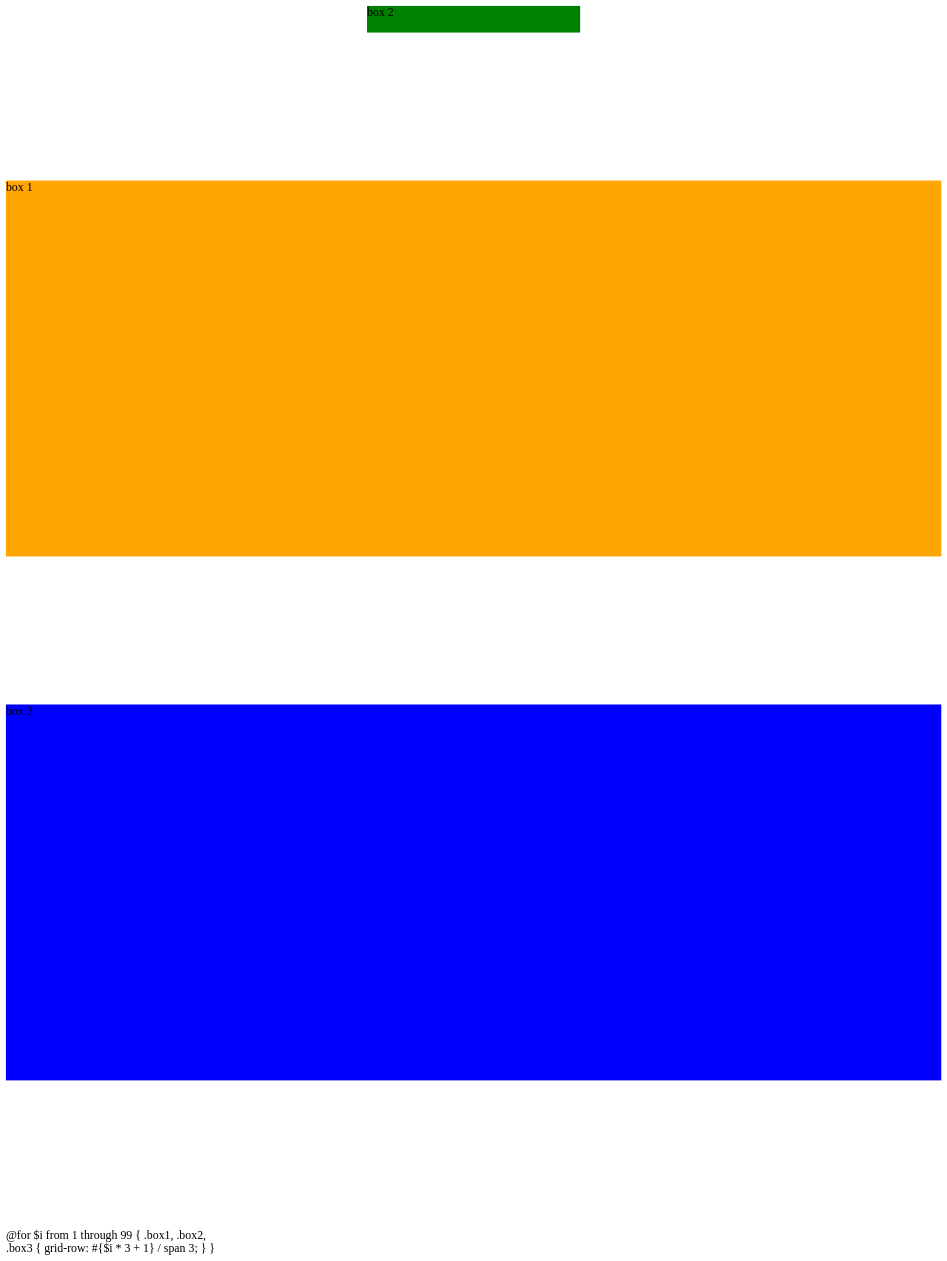
Repository: tianjiewang2022/tianjiewang2022.github.io
Page: index.html
These files come from the project's save history. The page is drawn as it stood at one moment and after the next save; the edit follows.
The browser window is 1280 px wide. The pictures show the whole page, at 74% of full size.

Above is the page before, as saved 2023-10-01 21:43:50.

### index.html
<html>

    <head>
        <style>
            .grid-container {
                display: grid;
                grid-template-areas:
                    "box1 box2 box3 "
                ;
                grid-template-columns: 1fr 1fr 1fr;
                grid-auto-rows: 1fr;
                grid-gap: 200px;
            }

            .box1 {
                background-color: orange;
                grid-column: 1 / span 3;
                /* Span 3 columns */
                grid-row: span 3;
                /* Span 3 rows */
            }

            .box2 {
                background-color: green;
                grid-row: 1/span 3;
                grid-column: span 3;
                /* Span 3 columns */
                grid-area: box2;

            }

            .box3 {
                grid-area: box3;
                background-color: blue;
                grid-column: span 3;
                /* Span 3 columns */
                grid-row: span 3;
                /* Span 3 rows */
            }
        </style>

    </head>

    <body>

        <div class="container">

        </div>

        <div class="grid-container">
            <span class="box1">
                box 1
            </span>
            <span class="box2">
                box 2
            </span>
            <span class="box3">
                box 3
            </span>
            @for $i from 1 through 99 {
            .box1, .box2, .box3 {
            grid-row: #{$i * 3 + 1} / span 3;
            }
            }



        </div>


    </body>

</html>

After the next save:
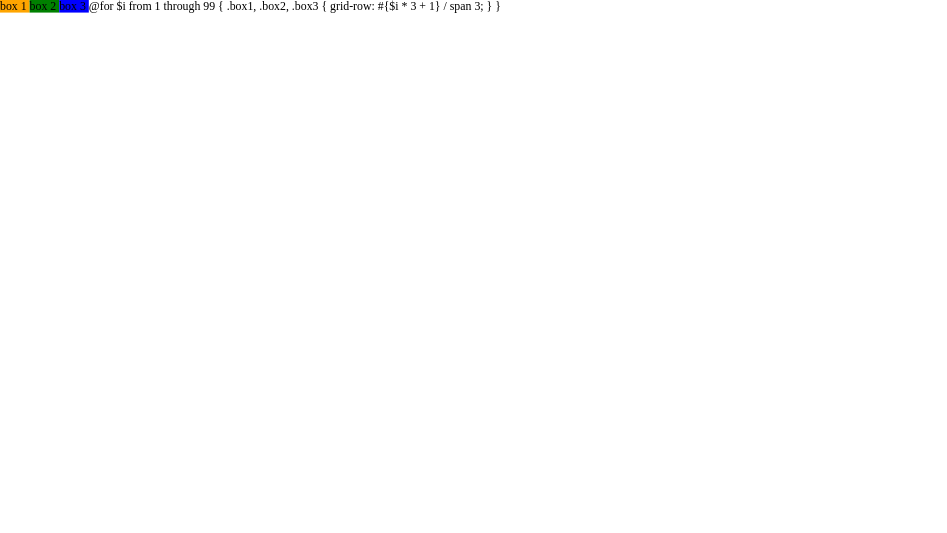
Saved 2 min 36 s later.
--- a/index.html
+++ b/index.html
@@ -1,8 +1,16 @@
 <html>
 
     <head>
+        <meta charset="UTF-8">
+        <meta name="viewport" content="width=device-width, initial-scale=1.0">
+        <title>Your Webpage</title>
         <style>
-            .grid-container {
+            body {
+                margin: 0;
+                padding: 0;
+            }
+
+            <style>.grid-container {
                 display: grid;
                 grid-template-areas:
                     "box1 box2 box3 "
